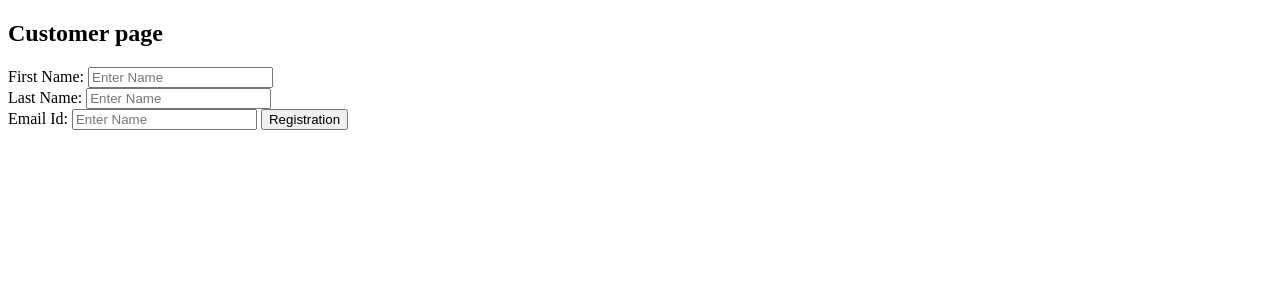
Repository: alakuntlavasu/JSP-Servlets
Page: http://localhost/JspEx1/custmerReg.jsp
An editor plug-in stored every save of this project. The page is shown before and after the next save, followed by the edit.
The browser window is 1280 px wide. The pictures show the whole page.
The page is served by Tomcat 9. Other server files are loaded and not shown.

Above is the page before, as saved 2023-11-02 11:21:47.

### JspEx1/src/main/webapp/custmerReg.jsp
<%@ page language="java" contentType="text/html; charset=ISO-8859-1"
    pageEncoding="ISO-8859-1"%>
<!DOCTYPE html>
<html>
<head>
<meta charset="ISO-8859-1">
<title>Insert title here</title>
</head>
<body>

<h2>Customer page</h2>
<form action="custRegi" method="post">
        <label>First Name:</label>
		<input type="text" name="firstName" placeholder="Enter Name"/>
		<br/>
		<label>Last Name:</label>
		<input type="text" name="lastName" placeholder="Enter Name"/>
		<br/>
		<label>Email Id:</label>
		<input type="text" name="emailid" placeholder="Enter Name"/>
		<input type="submit" value="Registration"/>

</form>
</body>
</html>

After the next save:
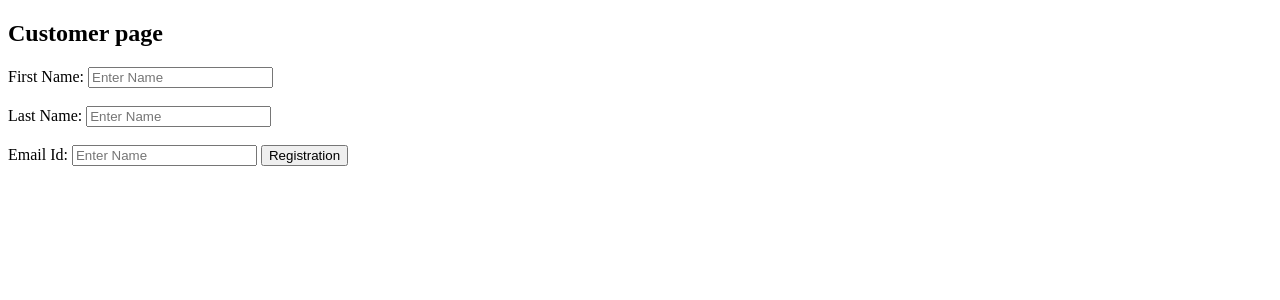
Saved 48 s later.
--- a/JspEx1/src/main/webapp/custmerReg.jsp
+++ b/JspEx1/src/main/webapp/custmerReg.jsp
@@ -10,14 +10,17 @@
 
 <h2>Customer page</h2>
 <form action="custRegi" method="post">
+
         <label>First Name:</label>
 		<input type="text" name="firstName" placeholder="Enter Name"/>
-		<br/>
+		<br/><br>
 		<label>Last Name:</label>
 		<input type="text" name="lastName" placeholder="Enter Name"/>
-		<br/>
+		<br/> <br>
+
 		<label>Email Id:</label>
 		<input type="text" name="emailid" placeholder="Enter Name"/>
+
 		<input type="submit" value="Registration"/>
 
 </form>
